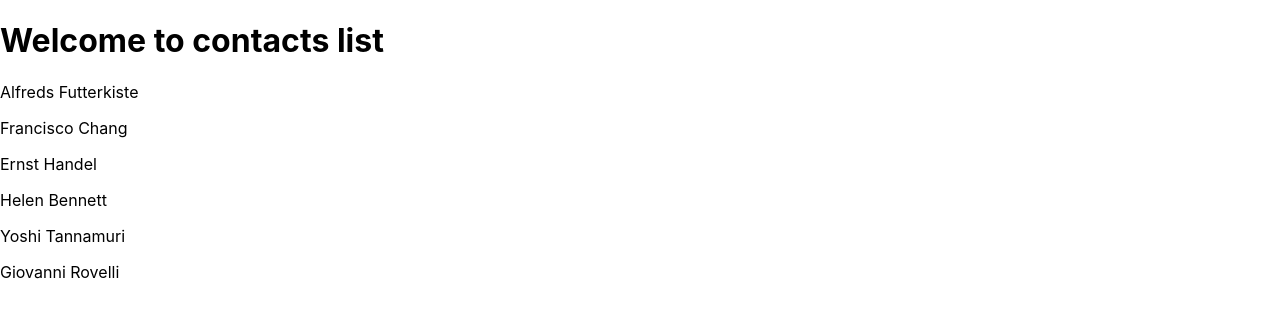
Repository: emorilebo/next-linkedin-training
Page: /contact
An editor plug-in stored every save of this project. The page is shown before and after the next save, followed by the edit.
The browser window is 1280 px wide. The pictures show the whole page.
The project was rebuilt for these pictures with package versions that can differ from the ones it lists, and the page was loaded fresh each time. The framework's server and built-in components were replaced by stand-ins that run in the browser. Also part of the build but not shown: next.config.js.

Above is the page before, as saved 2022-12-26 07:51:06.

### pages/contact/index.js
import React from "react";
import contacts from "../api/contacts";

export default function ContactsList() {

  return <div>
    <h1>Welcome to contacts list</h1>
    <div>{contacts.map(contact =>(
        <p>{contact.name}</p>
    ))}</div>
  </div>;
}

### pages/api/contacts.js
export default [
    {
        id: 'alfreds-futterkiste',
        name:'Alfreds Futterkiste',
        country: 'Germany'
    },
    {
        id: 'francisco-chang',
        name:'Francisco Chang',
        country: 'Mexico'
    },
    {
        id: 'ernst-handel',
        name:'Ernst Handel',
        country: 'Austria'
    },
    {
        id: 'helen-bennett',
        name:'Helen Bennett',
        country: 'UK'
    },
    {
        id: 'yoshi-tannamuri',
        name:'Yoshi Tannamuri',
        country: 'Canada'
    },
    {
        id: 'giovanni-rovelli',
        name:'Giovanni Rovelli',
        country: 'Italy'
    }
]

Loaded but not shown: pages/_app.js (common file); styles/globals.css (common file)

After the next save:
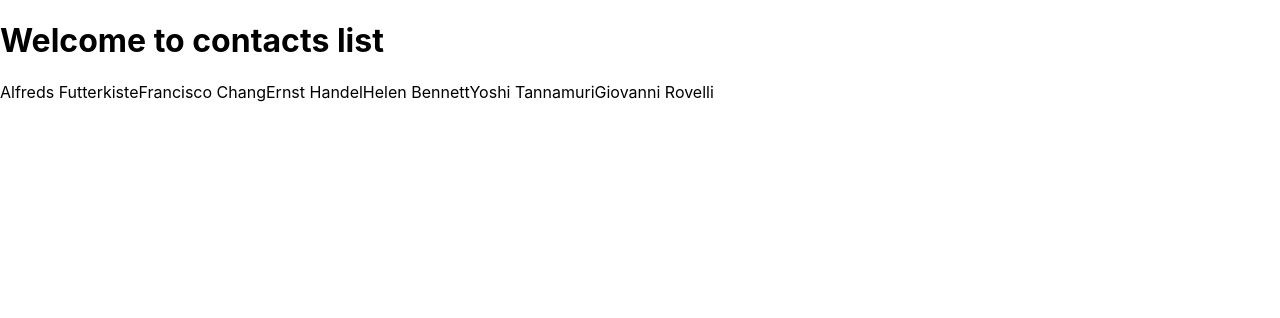
Saved 5 s later.
--- a/pages/contact/index.js
+++ b/pages/contact/index.js
@@ -6,7 +6,7 @@ export default function ContactsList() {
   return <div>
     <h1>Welcome to contacts list</h1>
     <div>{contacts.map(contact =>(
-        <p>{contact.name}</p>
+        <>{contact.name}</>
     ))}</div>
   </div>;
 }
